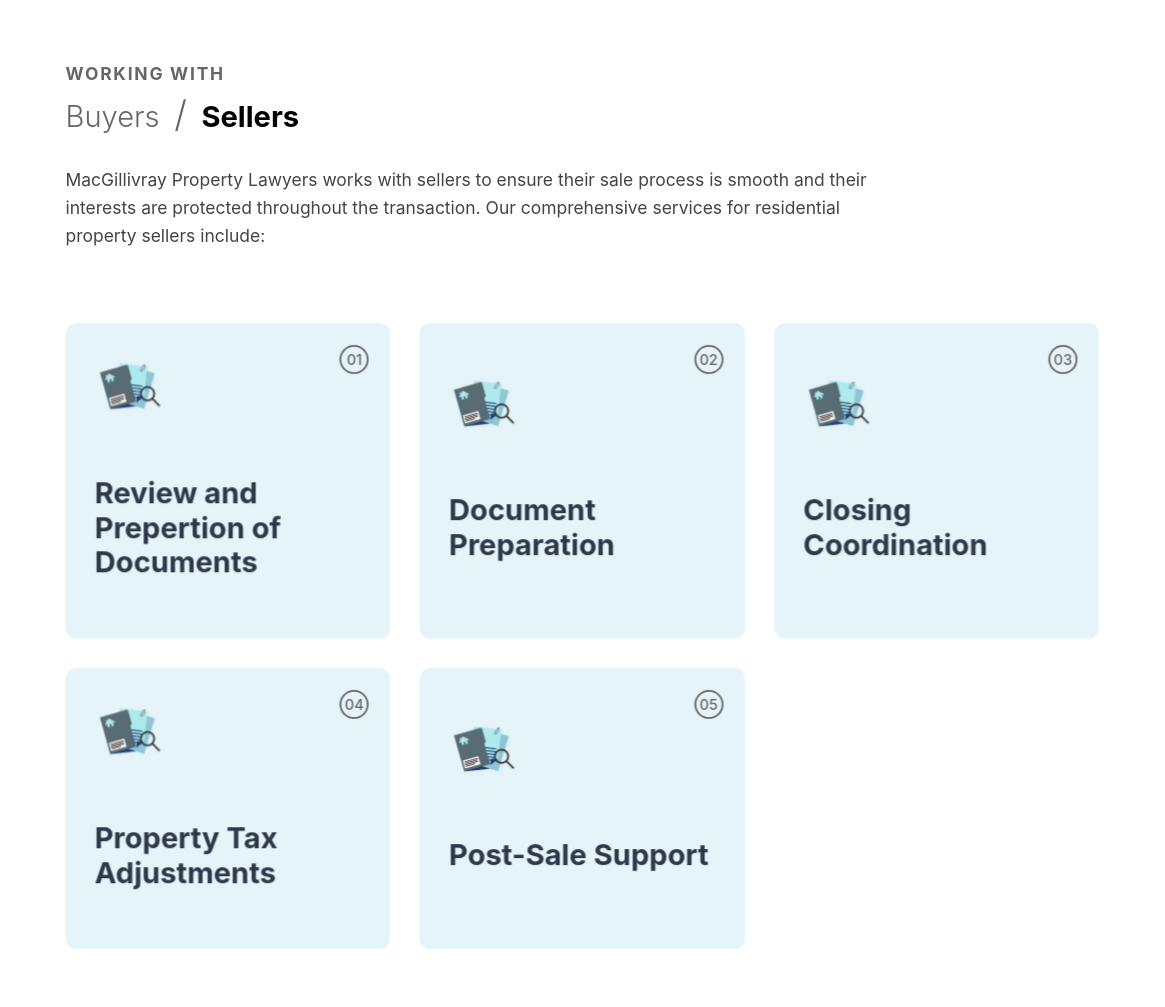
Repository: mibma/alphavent
Page: /sellers
An editor plug-in stored every save of this project. The page is shown before and after a run of saves, followed by the edit.
The browser window is 1280 px wide. The pictures show the whole page, at 91% of full size.
The project was rebuilt for these pictures with package versions that can differ from the ones it lists, and the page was loaded fresh each time. The framework's server and built-in components were replaced by stand-ins that run in the browser.

Above is the page before, as saved 2025-04-24 18:12:50.

### pages/_app.js
import '../styles/globals.css'

function MyApp({ Component, pageProps }) {
  return <Component {...pageProps} />
}

export default MyApp

### pages/sellers.js
import styles from '../styles/Home.module.css';
import Head from 'next/head';
import Link from 'next/link';
import Image from 'next/image';
import { useRouter } from 'next/router';
import { useState } from 'react';

const sellerServices = [
  {
    id: '01',
    title: 'Review and Prepertion of Documents',
    icon: '/Capture.JPG'
  },
  {
    id: '02',
    title: 'Document Preparation',
    icon: '/Capture.JPG'
  },
  {
    id: '03',
    title: 'Closing Coordination',
    icon: '/Capture.JPG'
  },
  {
    id: '04',
    title: 'Property Tax Adjustments',
    icon: '/Capture.JPG'
  },
  {
    id: '05',
    title: 'Post-Sale Support',
    icon: '/Capture.JPG'
  }
];

export default function SellerPage() {
  const router = useRouter();
  const [isTransitioning, setIsTransitioning] = useState(false);

  const handleBuyerClick = (e) => {
    e.preventDefault();
    setIsTransitioning(true);
    setTimeout(() => {
      router.push('/');
    }, 300);
  };

  return (
    <div className={styles.container}>
      <Head>
        <title>Working with Sellers | MacGillivray Property Lawyers</title>
        <meta name="description" content="Professional property law services for sellers" />
      </Head>

      <main className={styles.main}>
        <div className={styles.header}>
          <h1 className={styles.title}>
            <span className={styles.mainTitle}>WORKING WITH</span>
            <div className={styles.titleRow}>
              <Link
                href="/"
                className={styles.smallTitle}
                onClick={handleBuyerClick}
              >
                Buyers
              </Link>
              <span className={styles.divider}>/</span>
              <span className={`${styles.largeTitle} ${isTransitioning ? styles.exitToRight : ''}`}>
                Sellers
              </span>
            </div>
          </h1>

          <p className={styles.description}>
            MacGillivray Property Lawyers works with sellers to ensure their sale process is smooth and their interests are protected throughout the transaction. Our comprehensive services for residential property sellers include:
          </p>
        </div>

        <div className={styles.servicesGrid}>
          {sellerServices.map((service) => (
            <div key={service.id} className={styles.serviceCard}>
              <div className={styles.serviceContent}>
                <div className={styles.iconContainer}>
                  <Image
                    src={service.icon}
                    alt={service.title}
                    fill
                    className={styles.icon}
                  />
                </div>
                <h3 className={styles.serviceTitle}>{service.title}</h3>
              </div>
              <div className={styles.serviceNumber}>{service.id}</div>
            </div>
          ))}
        </div>
      </main>
    </div>
  );
}

### styles/globals.css
html,
body {
  padding: 0;
  margin: 0;
  font-family: -apple-system, BlinkMacSystemFont, Segoe UI, Roboto, Oxygen,
    Ubuntu, Cantarell, Fira Sans, Droid Sans, Helvetica Neue, sans-serif;
}

a {
  color: inherit;
  text-decoration: none;
}

* {
  box-sizing: border-box;
}

### styles/Home.module.css
.container {
  max-width: 1200px;
  margin: 0 auto;
  padding: 2rem;
  overflow-x: hidden;
}

.nav {
  display: flex;
  justify-content: flex-end;
  padding: 1rem 0;
}

.navLink {
  color: #0070f3;
  text-decoration: none;
  font-size: 1.1rem;
  transition: color 0.3s ease;
}

.navLink:hover {
  color: #0051b3;
}

.main {
  min-height: 100vh;
  padding: 1rem 0;
}

.header {
  margin-bottom: 4rem;
  position: relative;
}

.title {
  margin-bottom: 2rem;
}

.mainTitle {
  display: block;
  font-size: 1.2rem;
  color: #666;
  margin-bottom: 0.5rem;
  letter-spacing: 0.1em;
  opacity: 0;
  animation: fadeInDown 0.5s ease forwards;
}

.titleRow {
  display: flex;
  align-items: baseline;
  gap: 1rem;
  position: relative;
}

.titleWrapper {
  display: flex;
  align-items: baseline;
  gap: 1rem;
}

.largeTitle {
  font-weight: 700;
  color: #000;
  transition: font-size 0.6s ease;
  cursor: pointer;
}

.titleButton {
  background: none;
  border: none;
  cursor: pointer;
  padding: 0;
  font-size: 2.5rem;
  color: #666;
  font-weight: 300;
  transition: all 0.3s ease;
}

.titleButton:hover {
  color: #000;
}

.titleExit {
  animation: none;
}

.cardFlip {
  animation: flipCard 0.6s ease forwards;
}

.fadeOut {
  opacity: 0;
  transition: opacity 0.3s ease;
}

.fadeIn {
  opacity: 1;
  transition: opacity 0.3s ease;
}

.divider {
  font-size: 2.5rem;
  color: #666;
  font-weight: 300;
}

.smallTitle {
  font-weight: 300;
  color: #666;
  transition: all 0.6s ease;
  cursor: pointer;
}

.description {
  font-size: 1.2rem;
  line-height: 1.6;
  color: #444;
  max-width: 900px;
  margin-bottom: 3rem;
  opacity: 0;
  animation: fadeIn 0.5s ease 0.5s forwards;
}

.servicesGrid {
  display: grid;
  grid-template-columns: repeat(auto-fit, minmax(280px, 1fr));
  gap: 2rem;
  padding: 1rem 0;
}

.serviceCard {
  background-color: #E5F4F9;
  border-radius: 12px;
  padding: 2rem;
  position: relative;
  transition: transform 0.3s ease;
  min-height: 180px;
  display: flex;
  flex-direction: column;
  justify-content: center;
  transform-style: preserve-3d;
  perspective: 1000px;
  opacity: 0;
  animation: fadeInUp 0.5s ease forwards;
}

.serviceCard:nth-child(1) { animation-delay: 0.6s; }
.serviceCard:nth-child(2) { animation-delay: 0.7s; }
.serviceCard:nth-child(3) { animation-delay: 0.8s; }
.serviceCard:nth-child(4) { animation-delay: 0.9s; }
.serviceCard:nth-child(5) { animation-delay: 1.0s; }

.serviceCard:hover {
  transform: translateY(-5px);
  box-shadow: 0 10px 20px rgba(0, 0, 0, 0.05);
}

.serviceContent {
  flex: 1;
  display: flex;
  flex-direction: column;
  justify-content: center;
  backface-visibility: hidden;
}

.iconContainer {
  width: 80px;
  height: 80px;
  margin-bottom: 1.5rem;
  position: relative;
}

.icon {
  width: 100%;
  height: 100%;
  object-fit: contain;
}

.serviceNumber {
  position: absolute;
  top: 1.5rem;
  right: 1.5rem;
  background-color: transparent;
  color: #666;
  width: 32px;
  height: 32px;
  border: 2px solid #666;
  border-radius: 50%;
  display: flex;
  align-items: center;
  justify-content: center;
  font-size: 1rem;
  font-weight: 500;
}

.serviceTitle {
  font-size: 2rem;
  font-weight: 700;
  color: #2d3748;
  line-height: 1.2;
}

.serviceDescription {
  color: #718096;
  line-height: 1.5;
}

@keyframes fadeInUp {
  from {
    opacity: 0;
    transform: translateY(20px);
  }
  to {
    opacity: 1;
    transform: translateY(0);
  }
}

@keyframes fadeInDown {
  from {
    opacity: 0;
    transform: translateY(-20px);
  }
  to {
    opacity: 1;
    transform: translateY(0);
  }
}

@keyframes fadeIn {
  from {
    opacity: 0;
  }
  to {
    opacity: 1;
  }
}

@keyframes slideInRight {
  from {
    opacity: 0;
    transform: translateX(-100%);
  }
  to {
    opacity: 1;
    transform: translateX(0);
  }
}

@keyframes slideOutRight {
  from {
    opacity: 1;
    transform: translateX(0);
  }
  to {
    opacity: 0;
    transform: translateX(100%);
  }
}

/* Add a class for exit animation */
.exitToRight {
  animation: slideOutRight 0.6s ease forwards;
}

.enterFromRight {
  animation: slideInRight 0.6s ease forwards;
}

@media (max-width: 768px) {
  .container {
    padding: 1rem;
  }

  .titleRow {
    flex-direction: column;
    gap: 0.5rem;
  }

  .divider {
    display: none;
  }

  .smallTitle {
    font-size: 2rem;
  }

  .servicesGrid {
    grid-template-columns: 1fr;
  }

  .serviceCard {
    min-height: 150px;
  }

  .serviceTitle {
    font-size: 1.75rem;
  }
}

@keyframes flipCard {
  0% {
    transform: perspective(1000px) rotateY(0);
  }
  50% {
    transform: perspective(1000px) rotateY(90deg);
    opacity: 0;
  }
  51% {
    transform: perspective(1000px) rotateY(-90deg);
    opacity: 0;
  }
  100% {
    transform: perspective(1000px) rotateY(0);
    opacity: 1;
  }
}

.flipCard {
  animation: flipCard 0.6s ease forwards;
}

After the next 2 saves:
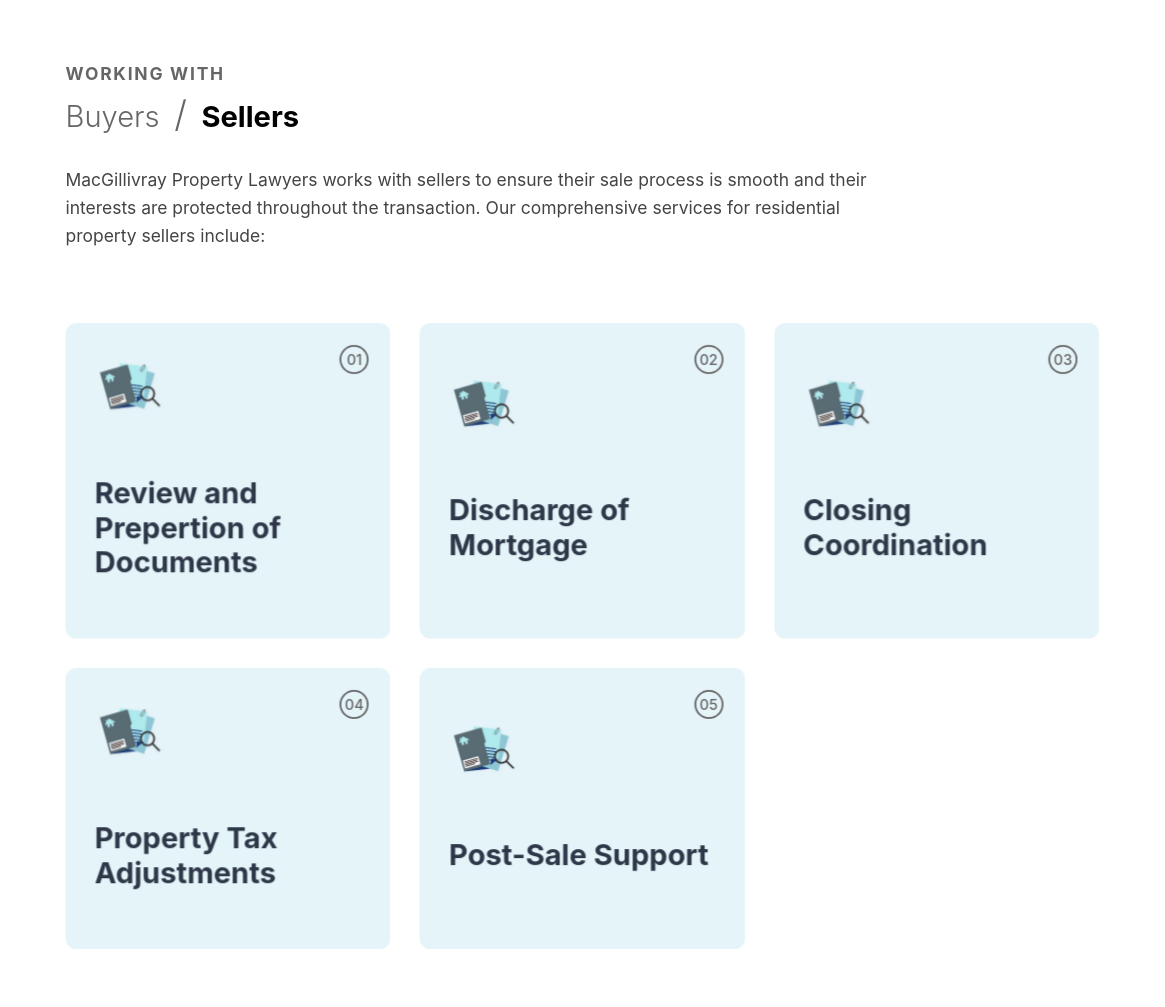
The 2 saves are shown as one change because they came seconds apart.
The last was saved 19 s later.
--- a/pages/sellers.js
+++ b/pages/sellers.js
@@ -13,7 +13,7 @@ const sellerServices = [
   },
   {
     id: '02',
-    title: 'Document Preparation',
+    title: 'Discharge of Mortgage',
     icon: '/Capture.JPG'
   },
   {
